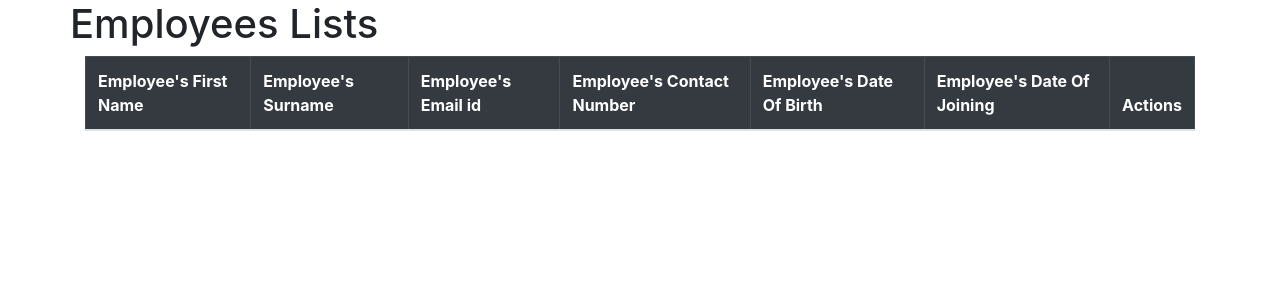
Repository: smrutiranjan-84/Assignment
Page: http://localhost/employees
These files come from the project's save history. The page is drawn as it stood at one moment and after the next save; the edit follows.
The browser window is 1280 px wide. The pictures show the whole page.
The page is this project's Thymeleaf template; nobody is signed in. The template is opened directly, without the code that normally fills it, so the values that code supplies are empty.

Above is the page before, as saved 2022-01-18 19:29:14.

### EmployeeApplication/src/main/resources/templates/employees.html
<!DOCTYPE html>
<html xmlns:th="http://www.thymeleaf.org">
<head>
<meta charset="ISO-8859-1">
<title>Employee Management App</title>
<link rel="stylesheet" href="https://stackpath.bootstrapcdn.com/bootstrap/4.4.1/css/bootstrap.min.css"
integrity="sha384-Vkoo8x4CGsO3+Hhxv8T/Q5PaXtkKtu6ug5TOeNV6gBiFeWPGFN9MuhOf23Q9Ifjh"
crossorigin="anonymous">
</head>
     <body>
           <div class="container">
               <div class="row">
                  <h1> Employees Lists</h1>
           </div>
          <table class="table table-striped table-bordered">
              <thead class= "table-dark">

                      <tr>
                          <th> Employee's First Name </th>
                          <th> Employee's Surname </th>
                          <th> Employee's Email id </th>
                          <th> Employee's Contact Number </th>
                          <th> Employee's Date Of Birth </th>
                          <th> Employee's Date Of Joining </th>
                          <th> Actions </th>

                     </tr>
             </thead>
             <tbody>
                <tr th:each = "employee: ${employees}">
                    <td th:text = "${student.firstName}">
                    <td th:text = "${student.surName}">
                    <td th:text = "${student.emailId}">
                    <td th:text = "${student.contactNo}">
                    <td th:text = "${student.dob}">
                    <td th:text = "${student.dateOfJoining}">



                </tr>

             </tbody>
        </table>

     </div>

   </body>
</html>

After the next save:
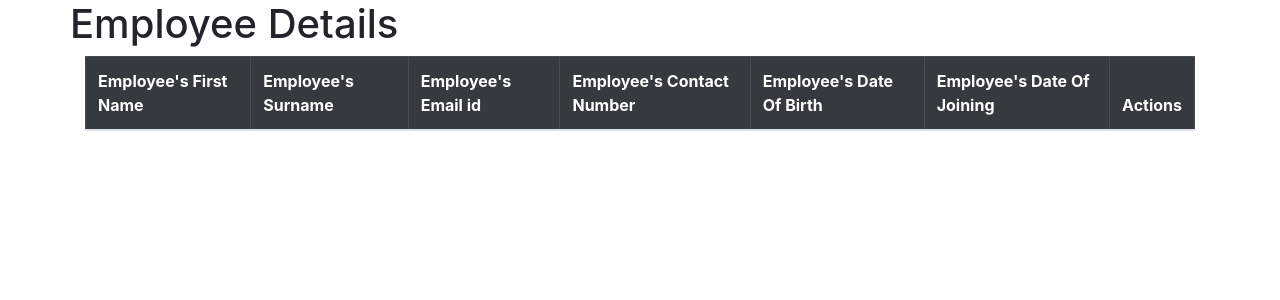
Saved 8 h 13 min later.
--- a/EmployeeApplication/src/main/resources/templates/employees.html
+++ b/EmployeeApplication/src/main/resources/templates/employees.html
@@ -10,7 +10,7 @@ crossorigin="anonymous">
      <body>
            <div class="container">
                <div class="row">
-                  <h1> Employees Lists</h1>
+                  <h1> Employee Details</h1>
            </div>
           <table class="table table-striped table-bordered">
               <thead class= "table-dark">
